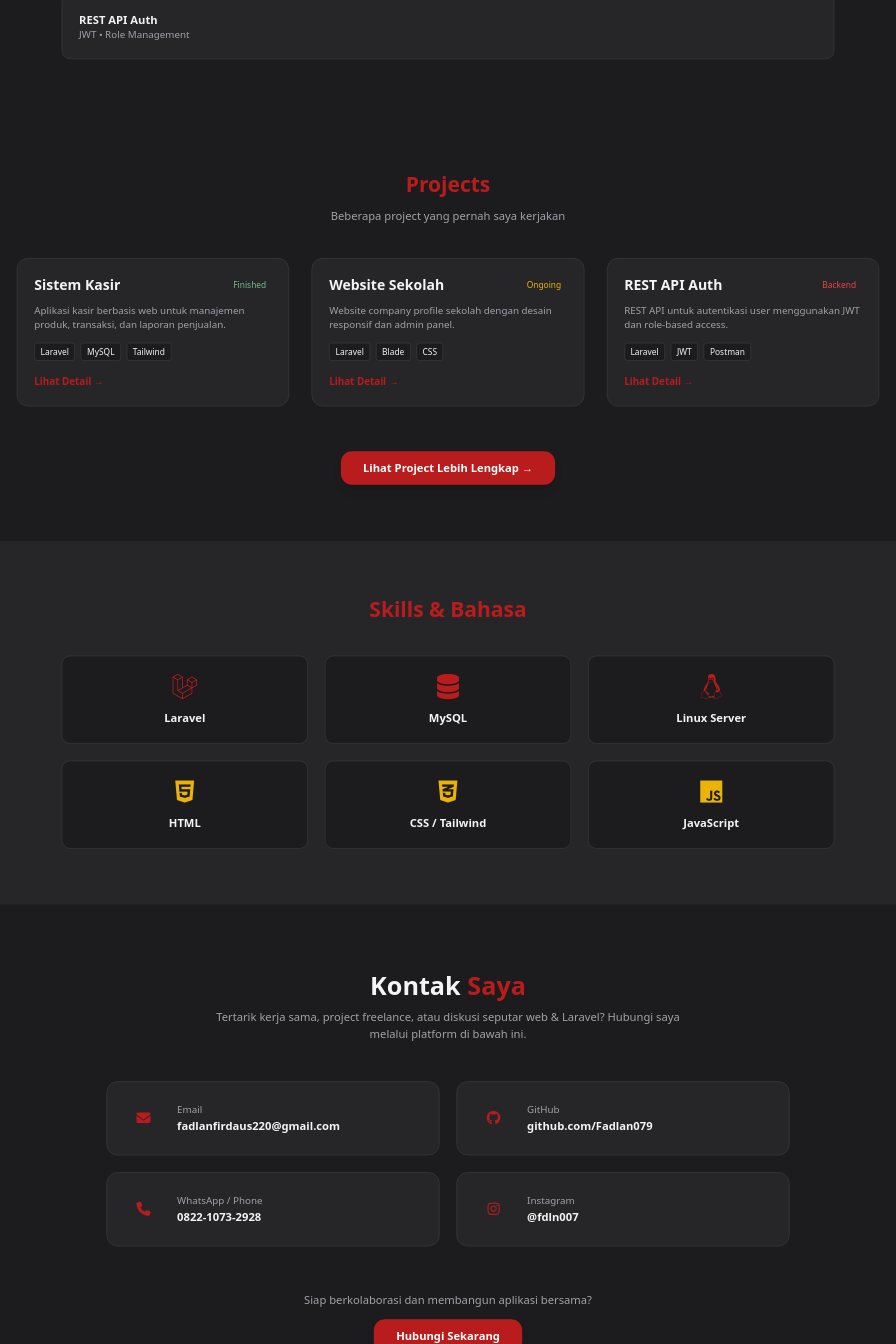
Repository: Fadlan079/Personal-Portfolio
Page: http://localhost/
The author's editor kept a copy of each file at every save. The page is drawn from the files as they stood at one save, then again after the next save.
The browser window is 1280 px wide. The pictures show the part of the page from y = 1402 to 3322 px (the page is 3740 px tall before and 4552 px after), at 70% of full size.
Some web libraries are served in a nearby version. The page is served by the project's Laravel application, run on PHP 8.4 with Laravel 12.

Above is the page before, as saved 2026-01-14 14:48:31.

After the next save:
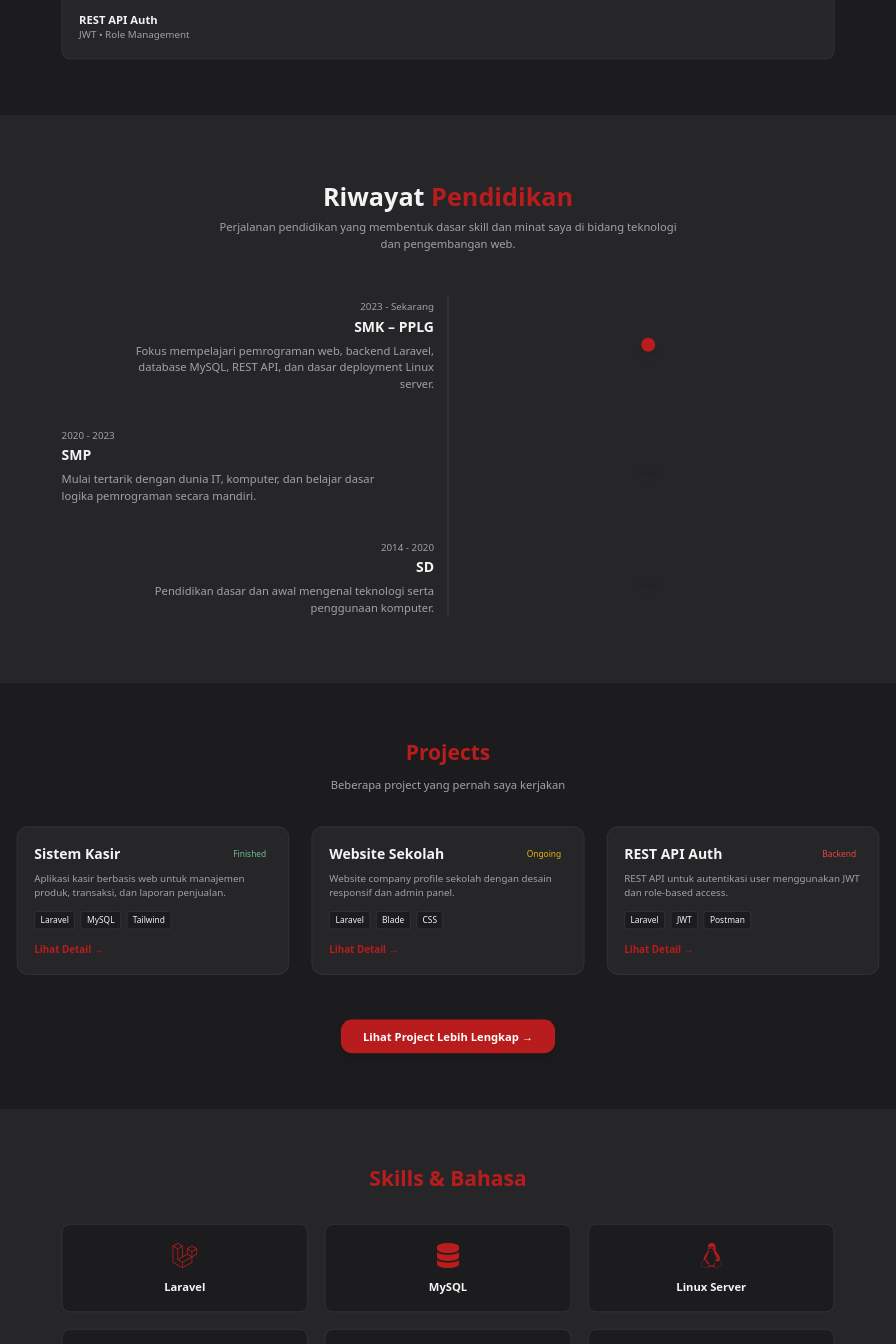
Saved 6 min 36 s later.
--- a/resources/views/portofolio.blade.php
+++ b/resources/views/portofolio.blade.php
@@ -329,6 +329,106 @@
   </div>
 </section>
 
+<!-- Education -->
+<section id="education" class="py-24 bg-surface">
+  <div class="max-w-6xl mx-auto px-6">
+
+    <!-- Heading -->
+    <div class="text-center mb-16">
+      <h3 class="text-4xl font-extrabold mb-3">
+        Riwayat <span class="text-primary">Pendidikan</span>
+      </h3>
+      <p class="text-muted max-w-2xl mx-auto">
+        Perjalanan pendidikan yang membentuk dasar skill dan minat saya
+        di bidang teknologi dan pengembangan web.
+      </p>
+    </div>
+
+    <!-- Timeline -->
+    <div class="relative">
+
+      <!-- Vertical Line -->
+      <div class="absolute left-1/2 top-0 h-full w-[2px]
+                  bg-border -translate-x-1/2 hidden md:block"></div>
+
+      <div class="space-y-12">
+
+        <!-- Item 1 -->
+        <div class="md:grid md:grid-cols-2 md:gap-10 items-center">
+          <!-- Left -->
+          <div class="md:text-right">
+            <span class="text-sm text-muted">2023 - Sekarang</span>
+            <h4 class="text-xl font-semibold mt-1">
+              SMK – PPLG
+            </h4>
+            <p class="text-muted mt-2 max-w-md md:ml-auto">
+              Fokus mempelajari pemrograman web, backend Laravel,
+              database MySQL, REST API, dan dasar deployment Linux server.
+            </p>
+          </div>
+
+          <!-- Dot -->
+          <div class="relative hidden md:flex justify-center">
+            <span
+              class="w-5 h-5 rounded-full bg-primary
+                     shadow-lg shadow-primary/40">
+            </span>
+          </div>
+        </div>
+
+        <!-- Item 2 -->
+        <div class="md:grid md:grid-cols-2 md:gap-10 items-center">
+          <!-- Dot -->
+          <div class="relative hidden md:flex justify-center md:order-2">
+            <span
+              class="w-5 h-5 rounded-full bg-primary/70
+                     shadow-lg shadow-primary/30">
+            </span>
+          </div>
+
+          <!-- Right -->
+          <div class="md:order-1">
+            <span class="text-sm text-muted">2020 - 2023</span>
+            <h4 class="text-xl font-semibold mt-1">
+              SMP
+            </h4>
+            <p class="text-muted mt-2 max-w-md">
+              Mulai tertarik dengan dunia IT, komputer,
+              dan belajar dasar logika pemrograman secara mandiri.
+            </p>
+          </div>
+        </div>
+
+        <!-- Item 3 -->
+        <div class="md:grid md:grid-cols-2 md:gap-10 items-center">
+          <!-- Left -->
+          <div class="md:text-right">
+            <span class="text-sm text-muted">2014 - 2020</span>
+            <h4 class="text-xl font-semibold mt-1">
+              SD
+            </h4>
+            <p class="text-muted mt-2 max-w-md md:ml-auto">
+              Pendidikan dasar dan awal mengenal teknologi
+              serta penggunaan komputer.
+            </p>
+          </div>
+
+          <!-- Dot -->
+          <div class="relative hidden md:flex justify-center">
+            <span
+              class="w-5 h-5 rounded-full bg-primary/50
+                     shadow-lg shadow-primary/20">
+            </span>
+          </div>
+        </div>
+
+      </div>
+    </div>
+
+  </div>
+</section>
+
+
 <!-- Projects -->
 <section id="projects" class="py-20 bg-bg">
   <div class="max-w-7xl mx-auto px-6">
